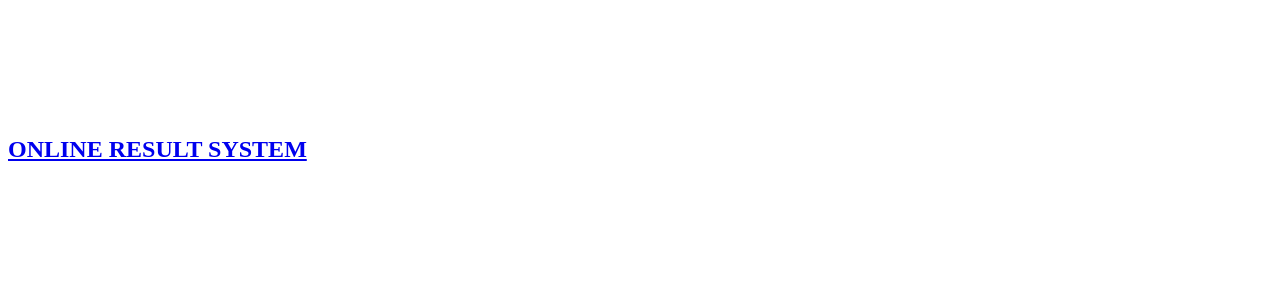
Repository: Kapildudhe123/SpringMVC
Page: http://localhost/spring-mvc-01/
These files come from the project's save history. The page is drawn as it stood at one moment and after the next save; the edit follows.
The browser window is 1280 px wide. The pictures show the whole page.
The page is served by Tomcat 9. Other server files are loaded and not shown.

Above is the page before, as saved 2024-04-03 03:31:37.

### SpringMVC/spring-mvc-01/src/main/webapp/index.jsp
<html>
<body><br>
<br><br><br><br><br>
<h2><a href="Login"><style>
</style>ONLINE RESULT SYSTEM</a></h2>
</body>
</html>

After the next save:
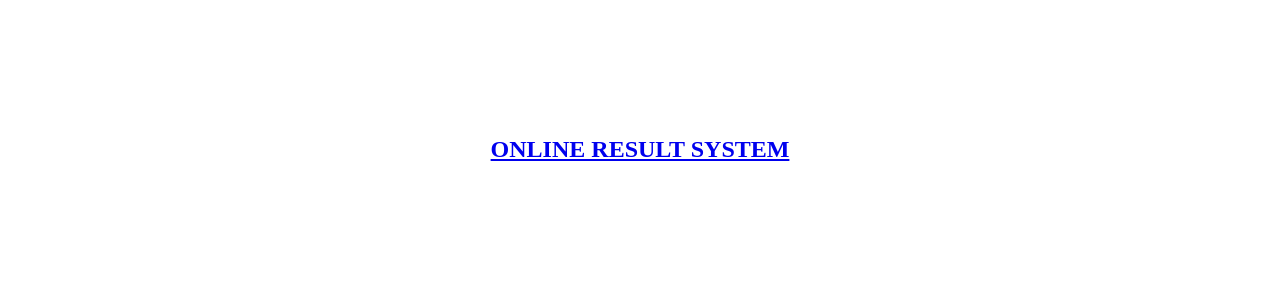
Saved 49 s later.
--- a/SpringMVC/spring-mvc-01/src/main/webapp/index.jsp
+++ b/SpringMVC/spring-mvc-01/src/main/webapp/index.jsp
@@ -1,7 +1,8 @@
 <html>
 <body><br>
-<br><br><br><br><br>
+<br><br><br><br><br><center>
 <h2><a href="Login"><style>
 </style>ONLINE RESULT SYSTEM</a></h2>
+</center>
 </body>
 </html>
